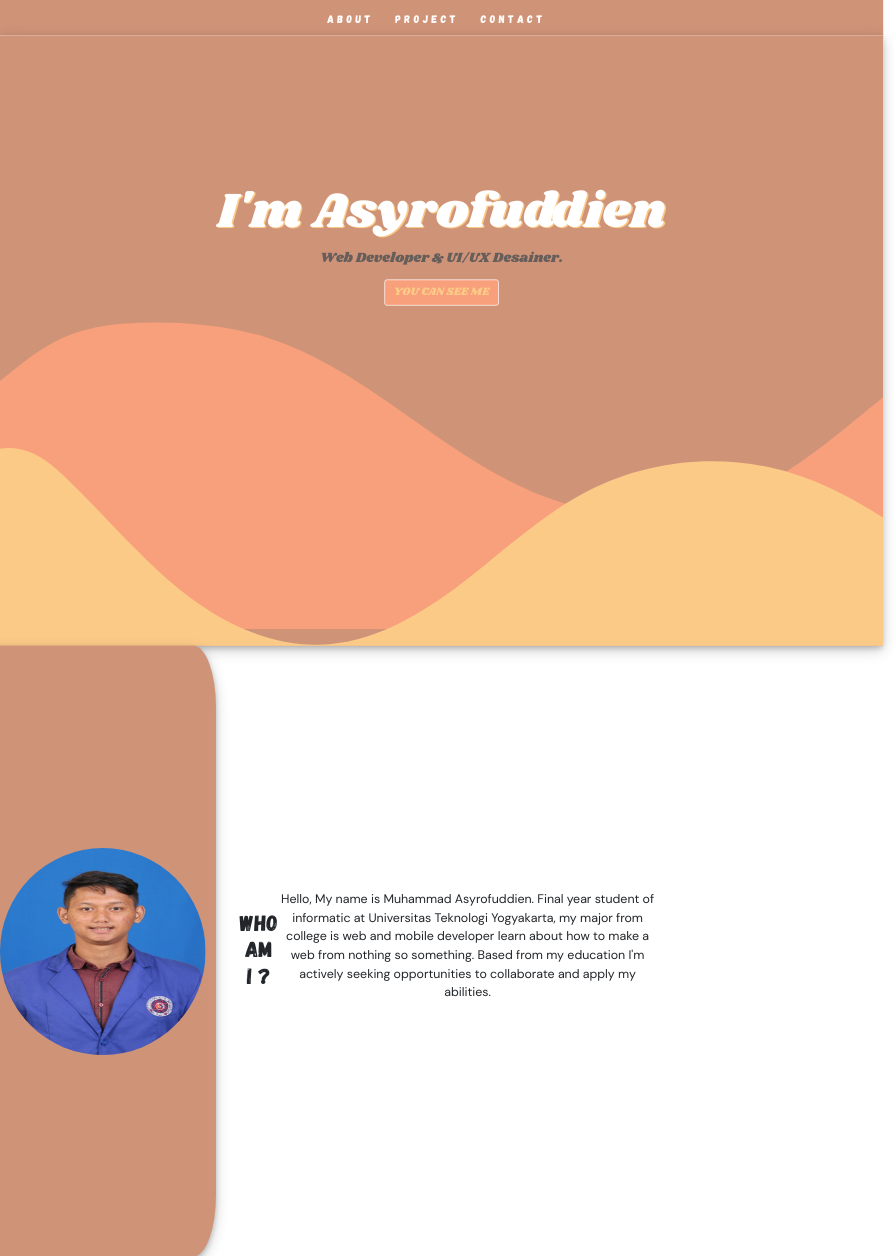
Repository: zetta-muhammad-asyrofuddien/Html-Css-ZettaCAmp
Page: Day1/Portofolio/index.html
These files come from the project's save history. The page is drawn as it stood at one moment and after the next save; the edit follows.
The browser window is 1280 px wide. The page is 1295 px wide, so the pictures cover 1295 px, including what lies to the right of the window. The pictures show the whole page, at 69% of full size.

Above is the page before, as saved 2023-07-06 18:54:12.

After the next save:
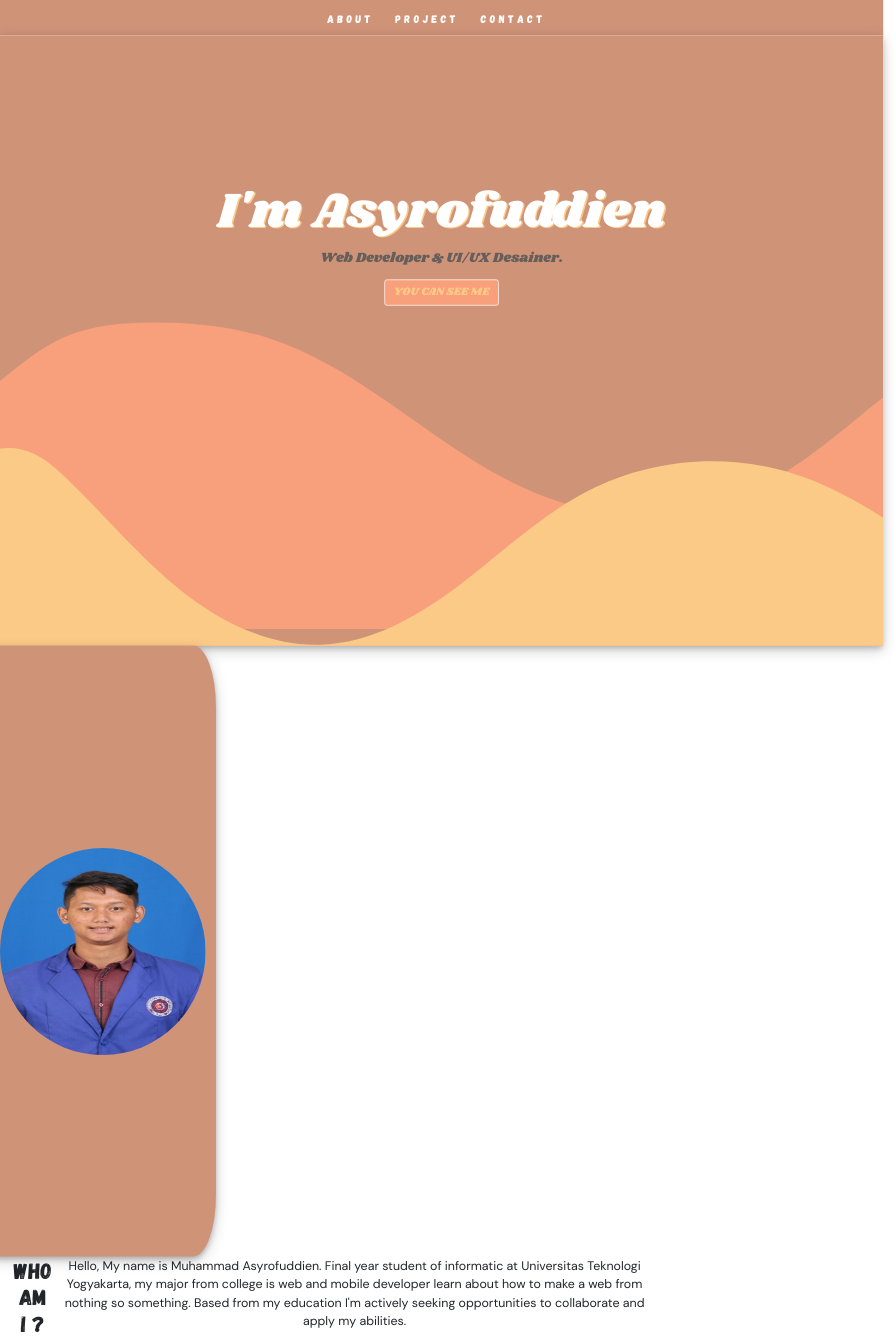
Saved 7 s later.
--- a/Day1/Portofolio/index.html
+++ b/Day1/Portofolio/index.html
@@ -51,7 +51,7 @@
       <div class="col-3 about-kiri d-flex align-items-center justify-content-center">
         <img class="foto" src="./asset/img/foto.jpeg" alt="" width="300px" height="300px" />
       </div>
-      <div class="col-6 d-flex align-items-center about-kanan text-center">
+      <div class="col-9 d-flex align-items-center about-kanan text-center">
         <h2>WHO AM I ?</h2>
 
         <p class="deskripsi-saya">
